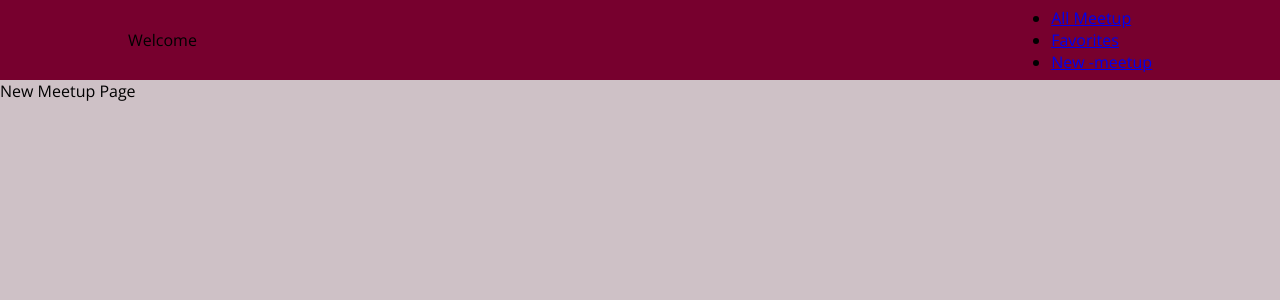
Repository: WaiMaungMaung/second
Page: /new-meetup
An editor plug-in stored every save of this project. The page is shown before and after the next save, followed by the edit.
The browser window is 1280 px wide. The pictures show the whole page.
The project was rebuilt for these pictures with package versions that can differ from the ones it lists, and the page was loaded fresh each time. A package was used in the major version that the imports need, not the one package.json lists. Also part of the build but not shown: src/pages/AllMeetups.js. Imported but missing from the stored project, and not drawn on this page: src/components/meetups/MeetupList, src/pages/Favorites.

Above is the page before, as saved 2022-04-19 13:20:20.

After the next save:
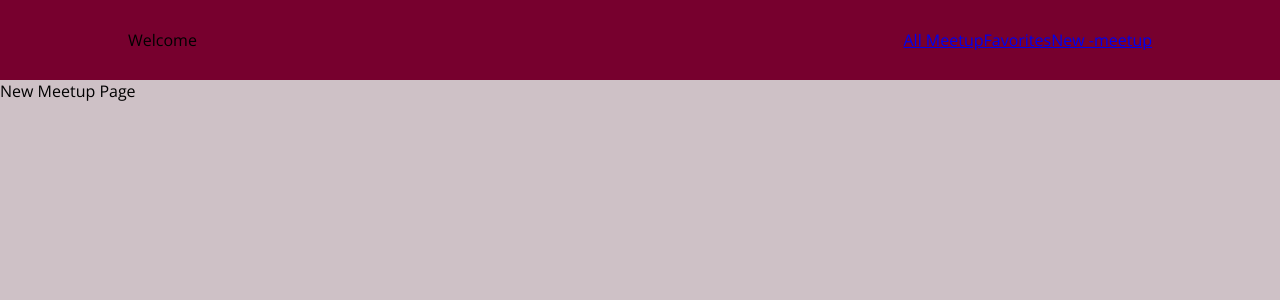
Saved 11 s later.
--- a/src/components/layout/MainNavigation.module.css
+++ b/src/components/layout/MainNavigation.module.css
@@ -14,7 +14,7 @@ logo {
   font-weight: bold;
 }
 
-.header ul {
+header ul {
   list-style: none;
   margin: 0;
   padding: 0;
